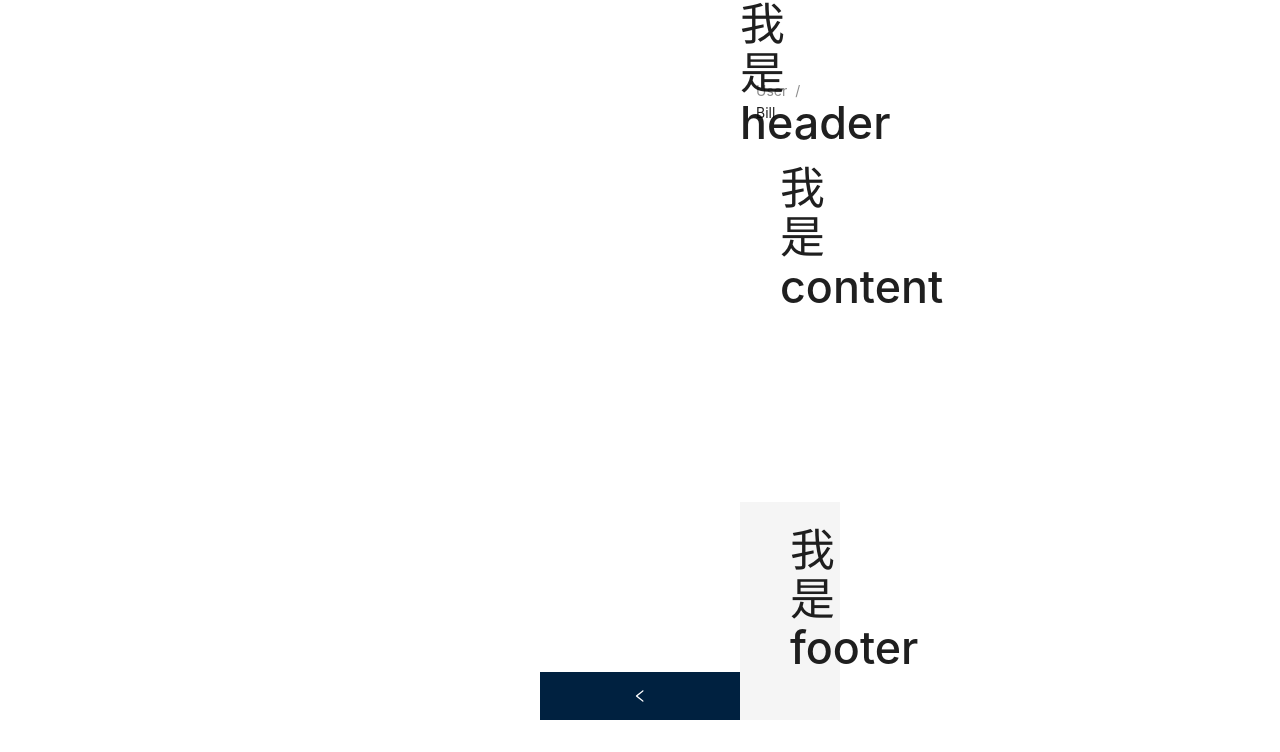
Repository: chenyl8848/chen-tool-collection
Page: /
The author's editor kept a copy of each file at every save. The page is drawn from the files as they stood at one save, then again after the next save.
The browser window is 1280 px wide. The pictures show the whole page.
The project was rebuilt for these pictures with package versions that can differ from the ones it lists, and the page was loaded fresh each time. Also part of the build but not shown: vite.config.ts, src/components/HelloWorld.vue.

Above is the page before, as saved 2024-01-09 11:05:34.

### src/main.ts
import { createApp } from 'vue'
import './style.css'

// import Antd from 'ant-design-vue';
import 'ant-design-vue/dist/reset.css';

import App from './App.vue'

const app = createApp(App)

// app.use(Antd)

app.mount('#app')

### src/App.vue
<script setup lang="ts">
import Layout from '@/layout/index.vue';
</script>

<template>
  <div>
    <Layout></Layout>
  </div>
</template>

<style scoped>
</style>

### src/layout/index.vue
<script lang="ts" setup>
import Logo from '@/layout/siderbar/logo/index.vue'
import Menu from '@/layout/siderbar/menu/index.vue'
import Header from '@/layout/header/index.vue'
import Footer from '@/layout/footer/index.vue'
import Content from '@/layout/content/index.vue'

import Siderbar from '@/layout/siderbar/index.vue'
</script>

<template>
    <a-layout class="layout">
        <a-layout-sider v-model:collapsed="collapsed" collapsible class="layout-siderbar">
            <!-- <div class="logo">
                <Logo></Logo>
            </div>
            <div class="menu">
                <Menu></Menu>
            </div> -->
        </a-layout-sider>
        <a-layout>
            <a-layout-header class="layout-header">
                <Header></Header>
            </a-layout-header>
            <a-layout-content class="layout-content">
                <a-breadcrumb style="margin: 16px 0">
                    <a-breadcrumb-item>User</a-breadcrumb-item>
                    <a-breadcrumb-item>Bill</a-breadcrumb-item>
                </a-breadcrumb>
                <div :style="{ padding: '24px', background: '#fff', minHeight: '360px' }">
                    <Content></Content>
                </div>
            </a-layout-content>
            <a-layout-footer style="text-align: center">
                <Footer></Footer>
            </a-layout-footer>
        </a-layout>
    </a-layout>
</template>

<style scoped>
.layout {
    min-height: 100vh;

}

.layout-siderbar {
    background-color: white;

}

.logo {
    padding: 5px;
    height: 90px;
}

.layout-header {
    background: #fff;
    padding: 0
}

.layout-content {
    margin: 0 16px;
}
</style>

### src/layout/header/index.vue
<script lang="ts" setup>

</script>

<template>
  <div>
    <h1>我是header</h1>
  </div>
</template>

### src/layout/footer/index.vue
<script lang="ts" setup>

</script>

<template>
  <div>
    <h1>我是footer</h1>
  </div>
</template>

### src/layout/content/index.vue
<script lang="ts" setup>

</script>

<template>
  <div>
    <h1>我是content</h1>
  </div>
</template>

### src/layout/siderbar/index.vue
<script lang="ts" setup>
import Logo from '@/layout/siderbar/logo/index.vue'
import Menu from '@/layout/siderbar/menu/index.vue'
</script>

<template>
  <div>
    <Logo></Logo>
    <Menu></Menu>
  </div>
</template>

<style scoped>
</style>

### src/layout/siderbar/logo/index.vue
<script lang="ts" setup>

</script>

<template>
  <div>
    <h1>我是logo</h1>
  </div>
</template>

### src/layout/siderbar/menu/index.vue
<template>
    <div>
      <a-menu
        v-model:openKeys="state.openKeys"
        v-model:selectedKeys="state.selectedKeys"
        mode="inline"
        :inline-collapsed="state.collapsed"
        :items="items"
      ></a-menu>
    </div>
  </template>
  <script lang="ts" setup>
  import { reactive, watch, h } from 'vue';
  import {
    MenuFoldOutlined,
    MenuUnfoldOutlined,
    PieChartOutlined,
    MailOutlined,
    DesktopOutlined,
    InboxOutlined,
    AppstoreOutlined,
  } from '@ant-design/icons-vue';
  const state = reactive({
    collapsed: false,
    selectedKeys: ['1'],
    openKeys: ['sub1'],
    preOpenKeys: ['sub1'],
  });
  const items = reactive([
    {
      key: '1',
      icon: () => h(PieChartOutlined),
      label: 'Option 1',
      title: 'Option 1',
    },
    {
      key: '2',
      icon: () => h(DesktopOutlined),
      label: 'Option 2',
      title: 'Option 2',
    },
    {
      key: '3',
      icon: () => h(InboxOutlined),
      label: 'Option 3',
      title: 'Option 3',
    },
    {
      key: 'sub1',
      icon: () => h(MailOutlined),
      label: 'Navigation One',
      title: 'Navigation One',
      children: [
        {
          key: '5',
          label: 'Option 5',
          title: 'Option 5',
        },
        {
          key: '6',
          label: 'Option 6',
          title: 'Option 6',
        },
        {
          key: '7',
          label: 'Option 7',
          title: 'Option 7',
        },
        {
          key: '8',
          label: 'Option 8',
          title: 'Option 8',
        },
      ],
    },
    {
      key: 'sub2',
      icon: () => h(AppstoreOutlined),
      label: 'Navigation Two',
      title: 'Navigation Two',
      children: [
        {
          key: '9',
          label: 'Option 9',
          title: 'Option 9',
        },
        {
          key: '10',
          label: 'Option 10',
          title: 'Option 10',
        },
        {
          key: 'sub3',
          label: 'Submenu',
          title: 'Submenu',
          children: [
            {
              key: '11',
              label: 'Option 11',
              title: 'Option 11',
            },
            {
              key: '12',
              label: 'Option 12',
              title: 'Option 12',
            },
          ],
        },
      ],
    },
  ]);
  watch(
    () => state.openKeys,
    (_val, oldVal) => {
      state.preOpenKeys = oldVal;
    },
  );
  const toggleCollapsed = () => {
    state.collapsed = !state.collapsed;
    state.openKeys = state.collapsed ? [] : state.preOpenKeys;
  };
  </script>

Loaded but not shown: index.html (common file); src/style.css (common file)

After the next save:
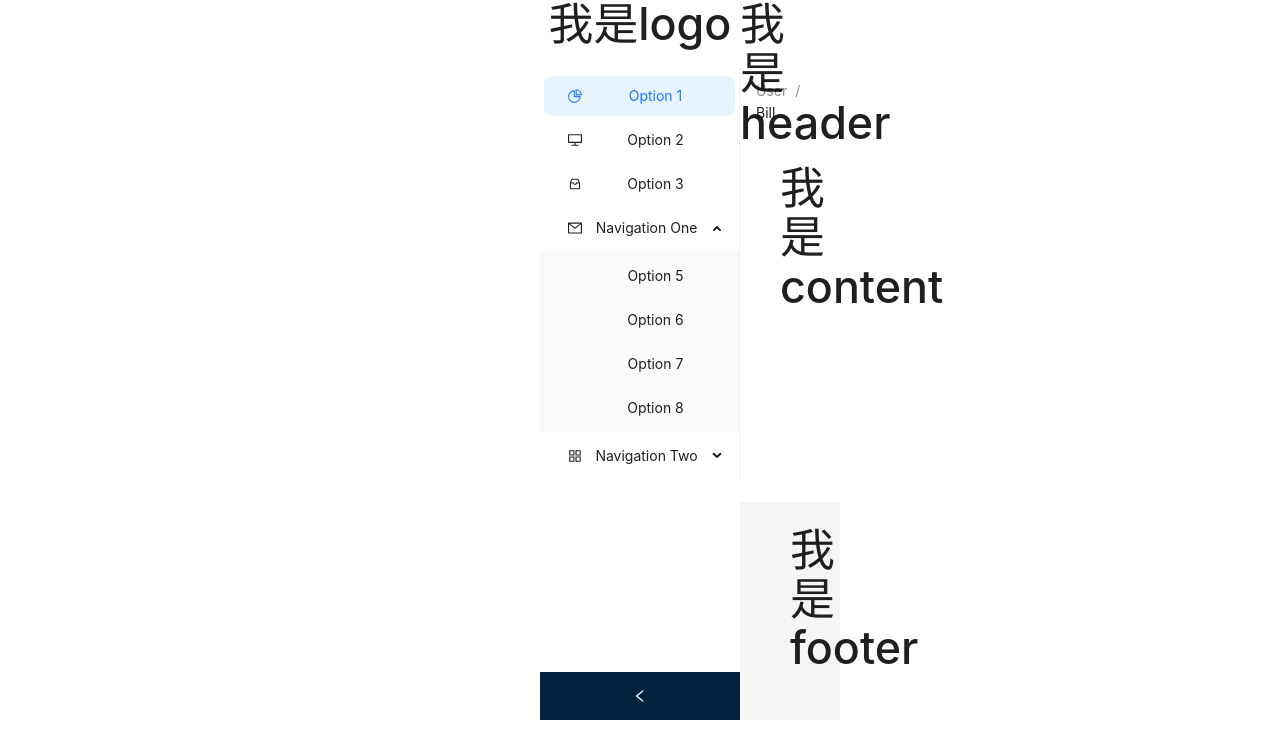
Saved 12 s later.
--- a/src/layout/index.vue
+++ b/src/layout/index.vue
@@ -17,6 +17,9 @@
             <div class="menu">
                 <Menu></Menu>
             </div> -->
+            <div>
+                <Siderbar></Siderbar>
+            </div>
         </a-layout-sider>
         <a-layout>
             <a-layout-header class="layout-header">
